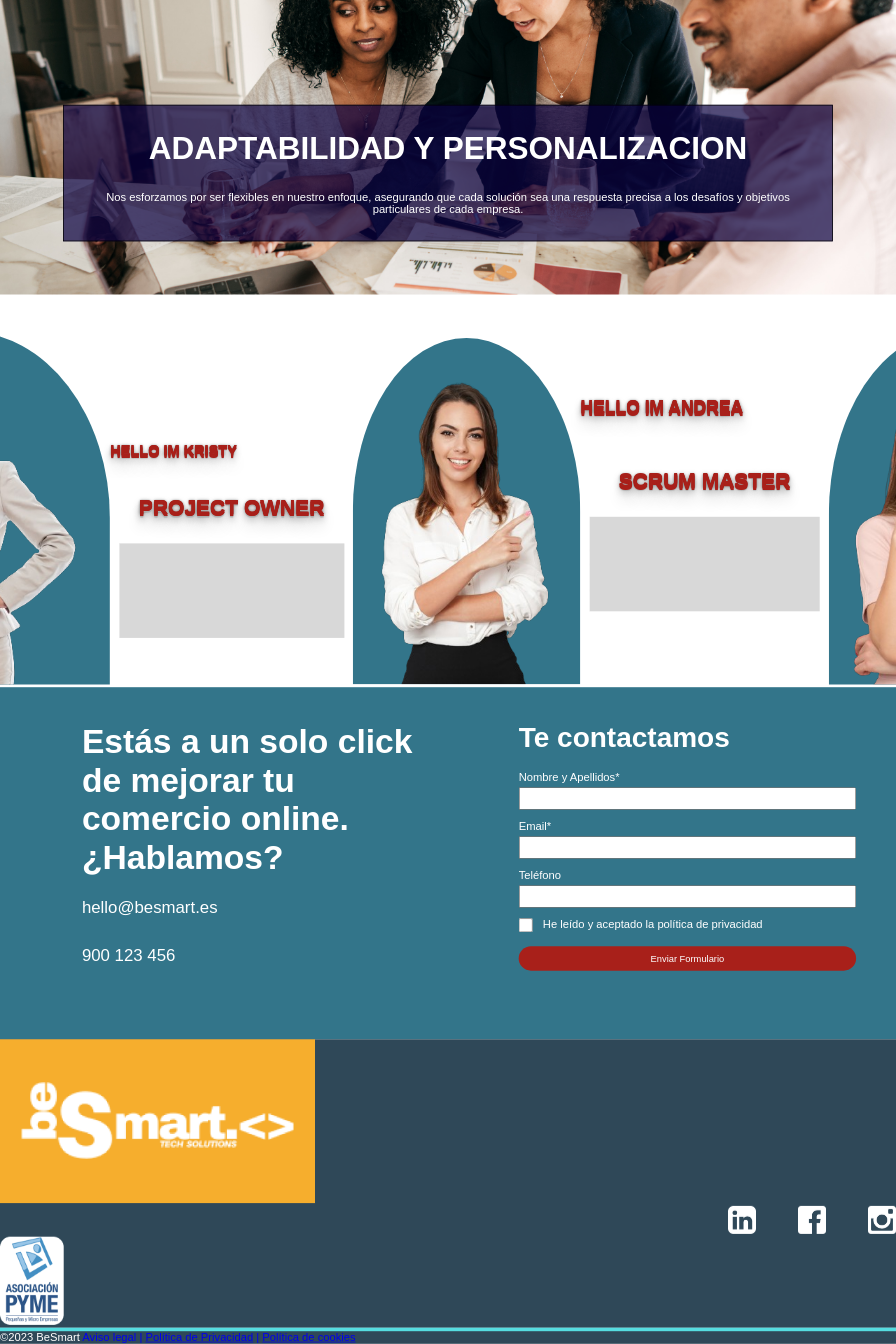
Repository: Andreamartinn17/Proyecto_3_BeSmart
Page: index.html
An editor plug-in stored every save of this project. The page is shown before and after a run of saves, followed by the edit.
The browser window is 1280 px wide. The pictures show the part of the page from y = 844 to 2764 px (the page is 2764 px tall), at 70% of full size.

Above is the page before, as saved 2023-12-18 21:06:53.

### index.html

<!DOCTYPE html>
<html lang="es">
<head>
    <!-- Configuración del documento -->
    <meta charset="UTF-8">
    <meta name="viewport" content="width=device-width, initial-scale=1.0">
    <link rel="stylesheet" type="text/css" href="index.css">
    <link rel="preconnect" href="https://fonts.googleapis.com">
    <link rel="preconnect" href="https://fonts.gstatic.com" crossorigin>
    <link href="https://fonts.googleapis.com/css2?family=Montserrat&display=swap" rel="stylesheet">
    <title>BeSmart</title>
     <!-- Inicio Nav header -->
     <!-- Enlace a la fuente de iconos Remix -->
     <link href="https://cdn.jsdelivr.net/npm/remixicon@2.5.0/fonts/remixicon.css" rel="stylesheet">
     <!-- Enlace al archivo de estilos CSS -->
     <link rel="stylesheet" href="./index.css">
 </head>
 <body>
      <div class="content-container">
     <!-- Encabezado (Header) -->
     <header class="header">
         <!-- Navegación principal -->
         <nav class="nav container">
             <!-- Logotipo e icono en la navegación -->
             <div class="nav__data">
                 <a href="#" class="nav__logo">
                     <i class="ri-code-s-slash-line"></i> <img src="./img header/smart-correcto.png" alt="icono" id="header-icono">
                 </a>
                 <!-- Botón de menú para dispositivos móviles -->
                 <div class="nav__toggle" id="nav-toggle">
                     <i class="ri-menu-line nav__toggle-menu"></i>
                     <i class="ri-close-line nav__toggle-close"></i>
                 </div>
             </div>

             <!-- Menú de navegación -->
             <div class="nav__menu" id="nav-menu">
                 <ul class="nav__list">
                     <!-- Elemento de menú vacío -->
                     <li>
                         <a href="#" class="nav__link"></a>
                     </li>
                     <!-- Desplegable 1 (Servicios) -->
                     <li class="dropdown__item">
                         <div class="nav__link dropdown__button">
                            Servicios <i class="ri-arrow-down-s-line dropdown__arrow"></i>
                         </div>
                         <div class="dropdown__container">
                             <div class="dropdown__content">
                                 <div class="dropdown__group">
                                     <!-- Icono y título del desplegable -->
                                     <div class="dropdown__icon">
                                         <i class="ri-flashlight-line"></i>
                                     </div>
                                     <span class="dropdown__title">Servicios</span>
                                     <!-- Lista de servicios -->
                                     <ul class="dropdown__list">
                                         <li>
                                             <a href="#" class="dropdown__link">Servicio 1</a>
                                         </li>
                                         <li>
                                             <a href="#" class="dropdown__link">Servicio 2</a>
                                         </li>
                                         <li>
                                             <a href="#" class="dropdown__link">Servicio 3</a>
                                         </li>
                                     </ul>
                                 </div>
                             </div>
                         </div>
                     </li>
                     <!-- Desplegable 2 (Equipo) -->
                     <li class="dropdown__item">
                         <div class="nav__link dropdown__button">
                             Equipo <i class="ri-arrow-down-s-line dropdown__arrow"></i>
                         </div>
                         <div class="dropdown__container">
                             <div class="dropdown__content">
                                 <div class="dropdown__group">
                                     <!-- Icono y título del desplegable -->
                                     <div class="dropdown__icon">
                                         <i class="ri-code-line"></i>
                                     </div>
                                     <span class="dropdown__title">Equipo</span>
                                     <!-- Lista de integrantes del equipo -->
                                     <ul class="dropdown__list">
                                         <li>
                                             <a href="#" class="dropdown__link">Integrante 1</a>
                                         </li>
                                         <li>
                                             <a href="#" class="dropdown__link">Integrante 2.</a>
                                         </li>
                                         <li>
                                             <a href="#" class="dropdown__link">Integrante 3</a>
                                         </li>
                                     </ul>
                                 </div>
                             </div>
                         </div>
                     </li>

                     <!-- Elementos de menú adicionales -->
                     <li>
                         <a href="#" class="nav__link">Nosotros</a>
                     </li>
                     <li>
                         <a href="#" class="nav__link">Presupuesto</a>
                     </li>
                     <li>
                         <a href="#" class="boton-contacto"><h6>Contacto</h6></a>
                     </li>
                     <!-- Contenedor de elementos adicionales (países) -->
                     <nav class="fondo-paises">
                         <ul>
                             <li><a href="#"><img src="./img header/Bandera_de_España_(sin_escudo).svg.png" alt="" id="bandera-principal"></a>
                                 <ul>
                                     <li><a href="#"><img src="./img header/italia.png" alt="" id="tamaño-paises"></a></li>
                                     <li><a href="#"><img src="./img header/portugal.png" alt="" id="tamaño-paises"></a></li>
                                     <li><a href="#"><img src="./img header/402-4025501_icono-bandera-alemania-png-clipart.png" alt="" id="tamaño-paises"></a></li>
                                 </ul>
                             </li>
                         </ul>
                     </nav>
                 </ul>
             </div>
         </nav>
     </header>
     <!--  Fin Nav header -->

     <!-- Script de JavaScript -->
     <script src="./js.js"></script>
    <section class="main-with-video">
    <video autoplay muted loop class="video_main">
        <source src="imagenes/vídeo_main.mp4" type="video/mp4">
    </video>
    <section class="flexbox-container">
        <div class="logo-in-main">
            <img src="imagenes/logo_mini_yellow2.png" alt="logo be smart">
        </div>
         <div class="h_1">
            SOLUCIONES TECNOLÓGICAS
        </div>
        <div class="h_2">
            Tu negocio local a grande escala.
        </div>
        <div class="contacta_button">
            <button class="button-main-with-video">Contacta con nosotros ></button>
        </div>
       </section>

         <!--SECTION SLIDERS-->
  <h2 class="titulo">NUESTROS VALORES</h2>
  <div class="slider-box">

  <ul>
  <li>
    <img src="imagenes/compromiso.png" alt="">
    <div class="content-valueslider">
      <h2>COMPROMISO CON LA COMUNIDAD LOCAL</h2>
      <p>
        Buscamos fortalecer la red empresarial local mediante la creación de lazos sólidos, apoyando eventos y actividades comunitarias, y contribuyendo al progreso tecnológico que beneficie a todos.
      </p>
    </div>
  </li>
  <li>
    <img src="imagenes/personalizado.png" alt="">
    <div class="content-valueslider">
      <h2>ADAPTABILIDAD Y PERSONALIZACION</h2>
      <p>
        Nos esforzamos por ser flexibles en nuestro enfoque, asegurando que cada solución sea una respuesta precisa a los desafíos y objetivos particulares de cada empresa.
      </p>
    </div>
  </li>
  <li>
    <img src="imagenes/educacion2.png" alt="">
    <div class="content-valueslider">
      <h2>EDUCACION Y TRANSPARENCIA</h2>
      <p>
        Nos comprometemos a educar y capacitar a nuestros clientes locales, proporcionando información clara y transparente sobre nuestras soluciones y procesos.
      </p>
    </div>
  </li>
  <li>
    <img src="imagenes/educacion2.png" alt="">
    <div class="content-valueslider">
      <h2>EDUCACION Y TRANSPARENCIA</h2>
      <p>
        Nos comprometemos a educar y capacitar a nuestros clientes locales, proporcionando información clara y transparente sobre nuestras soluciones y procesos.
      </p>
    </div>
  </li>
  </ul>
  </div>
    <!--SECTION SLIDERS/-->
       <!-- TEAM SECTION-->
    <main class="sliderteam">
        <section class="team">
        <!--Background class-->
            <script>
                // Función para realizar un scroll automático
                function autoScroll() {
                    const teamContainer = document.querySelector('.team');
                    const scrollAmount = 50; // Ajusta la velocidad del scroll según sea necesario

                    // Mueve el scroll horizontalmente
                    teamContainer.scrollLeft += scrollAmount;

                    // Si alcanza el final, reinicia al principio
                    if (teamContainer.scrollLeft >= teamContainer.scrollWidth - teamContainer.clientWidth) {
                        teamContainer.scrollLeft = 0;
                    }
                }
                // Configura un intervalo para llamar a la función de scroll automático
                setInterval(autoScroll, 1000); // Ajusta el intervalo según sea necesario (en milisegundos)
            </script>
            <!--proyectowner-->
            <article class="content">
            <div class="flex">
                <img class="teampicture" src="./img_team/projectowner.png" alt="imagen project owner en el cual aparece mujer de 20 años con traje de pantalon y mericana blanca">
            <div class="content1">
                <aside class="profession">
                    <div class="heyim">
                        <h1>HELLO IM KRISTY</h1>
                  </div>
                   <h2>PROJECT OWNER</h2>
                </aside>
                <aside class="descriptionright">
                    <p><span>
                Imagina que soy el chef de un restaurante, pero en lugar de crear platillos, diseño experiencias digitales que harán que los usuarios se chupen los dedos. Mi día a día implica equilibrar las necesidades del cliente con la visión del equipo de desarrollo.
                ¡Es como jugar al tetris con requisitos y funcionalidades!
                    </span></p>
                </aside>
            </div>
            </div>
            </article>
        <!--Scrum master-->
            <article class="content">

            <div class="flex">
                <img class="teampicture" src="./img_team/scrummaster.png" alt="imagen project owner en el cual aparece mujer de 20 años con traje de pantalon y mericana blanca">
            <div class="content1">
                    <div class="heyim">
                           <h1>HELLO IM ANDREA</h1>
                     </div>
                    <aside class="profession">
                   <h2>SCRUM MASTER</h2>
                </aside>
                <aside class="descriptionright">
                    <p><span>
                Imagina que soy el chef de un restaurante, pero en lugar de crear platillos, diseño experiencias digitales que harán que los usuarios se chupen los dedos. Mi día a día implica equilibrar las necesidades del cliente con la visión del equipo de desarrollo.
                ¡Es como jugar al tetris con requisitos y funcionalidades!
                    </span></p>
                </aside>
            </div>
            </div>
            </article>
            <!--Diseñador gráfico-->
            <article class="content">

            <div class="flex">
                <img class="teampicture" src="./img_team/diseñográfico.png" alt="imagen project owner en el cual aparece mujer de 20 años con traje de pantalon y mericana blanca">
            <div class="content1">
                <div class="heyim">
                           <h1>HELLO IM ANTONIA</h1>
                </div>
                <aside class="profession">
                   <h2>DISEÑADORA GRÁFICA</h2>
                </aside>
                <aside class="descriptionright">
                    <p><span>
                Imagina que soy el chef de un restaurante, pero en lugar de crear platillos, diseño experiencias digitales que harán que los usuarios se chupen los dedos. Mi día a día implica equilibrar las necesidades del cliente con la visión del equipo de desarrollo.
                ¡Es como jugar al tetris con requisitos y funcionalidades!
                    </span></p>
                </aside>
            </div>
            </div>
            </article>
            <!--Desarrollador web FROND END-->
                    <article class="content">
            <div class="flex">
                <img class="teampicture" class="teampicture" src="./img_team/frondend.png" alt="imagen project owner en el cual aparece mujer de 20 años con traje de pantalon y mericana blanca">
            <div class="content1">
                <div class="heyim">
                    <h1>HELLO IM BEA</h1>
                </div>
            <aside class="profession">
                   <h2>DESARROLLADORA FRONDEND</h2>
                </aside>
                <aside class="descriptionright">
                    <p><span>
                Imagina que soy el chef de un restaurante, pero en lugar de crear platillos, diseño experiencias digitales que harán que los usuarios se chupen los dedos. Mi día a día implica equilibrar las necesidades del cliente con la visión del equipo de desarrollo.
                ¡Es como jugar al tetris con requisitos y funcionalidades!
                    </span></p>
                </aside>
            </div>
            </div>
            </article>
            <!--dESARROLLADORA BACK END-->
            <article class="content">

            <div class="flex">
                <img class="teampicture" src="./img_team/backend.png" alt="imagen project owner en el cual aparece mujer de 20 años con traje de pantalon y mericana blanca">
            <div class="content1">
                  <div class="heyim">
                           <h1>HELLO IM TRIANA</h1>
                  </div>
                <aside class="profession">
                   <h2>DESARROLLADORA BACKEND</h2>
                </aside>
                <aside class="descriptionright">
                    <p><span>
                Imagina que soy el chef de un restaurante, pero en lugar de crear platillos, diseño experiencias digitales que harán que los usuarios se chupen los dedos. Mi día a día implica equilibrar las necesidades del cliente con la visión del equipo de desarrollo.
                ¡Es como jugar al tetris con requisitos y funcionalidades!.
                    </span></p>
                </aside>
            </div>
            </div>
            </article>
        </section>
    </main>
    <!-- FOOTER-->
    <footer class="footer-general">
        <section class="first-footer">
            <div class="contact-footer">
                <h3 class="h3-hablamos">Estás a un solo click de mejorar tu comercio online. ¿Hablamos?</h3>
                <p class="email-footer">hello@besmart.es</p>
                <p class="phone-footer">900 123 456</p>
            </div>
            <div class="form-footer">
                <h4 class="form-tittle">Te contactamos</h4>
                <form action="/procesar_formulario" method="post">
                    <!-- Campo Nombre y Apellidos -->
                    <label class="label-footer" for="nombre_apellidos">Nombre y Apellidos*</label>

                    <input class="input-form" type="text" id="nombre_apellidos" name="nombre_apellidos" required>

                    <!-- Campo Email -->
                    <label class="label-footer" for="email">Email*</label>

                    <input class="input-form" type="email" id="email" name="email" required>

                    <!-- Campo Teléfono -->
                    <label class="label-footer" for="telefono">Teléfono</label>

                    <input class="input-form" type="tel" id="telefono" name="telefono" required>

                    <label class="label-footer">
                    <input class="checkbox-form" type="checkbox" id="aceptar_terminos" name="aceptar_terminos">
                    He leído y aceptado la política de privacidad
                    </label>
                    <button type="submit-form" class="btn-form-footer">Enviar Formulario</button>
                </form>

            </div>
        </section>
        <section class="second-footer">
            <div class="logo-footer">
                <img class="img-logo-footer" src="Images footer/be_smart_yellow_2.png" alt="logo" width=""/>
            </div>
            <div class="rrss-footer">
                <a href="https://www.linkedin.com/">
                <img class="images-rrss" src="Images footer/LinkedIn's-Logo.png" alt="linkedin" width="40">
                </a>
                <a href="https://www.facebook.com/?locale=es_ES">
                <img class="images-rrss" src="Images footer/Facebook's-Logo.png" alt="facebook" width="40">
                </a>
                <a href="https://www.instagram.com/">
                <img class="images-rrss" src="Images footer/Instagram's-Logo.png" alt="instagram" width="40">
                </a>
            </div>
            <div class="pymes-footer">
                <img class="pymes-image" src="Images footer/pyme-logo.png" alt="pyme" width="">
            </div>
        </section>
        <section class="final-footer">
            <div class="copy-footer">
                ©2023 BeSmart
                    <a href="#">Aviso legal</u> | <u>Política de Privacidad</u> | <u>Política de cookies</u>
            </div>
        </section>
    </footer>
</body>
</html>

Loaded but not shown: js.js (64 lines, source omitted); index.css (1101 lines, source omitted)

After the next 2 saves:
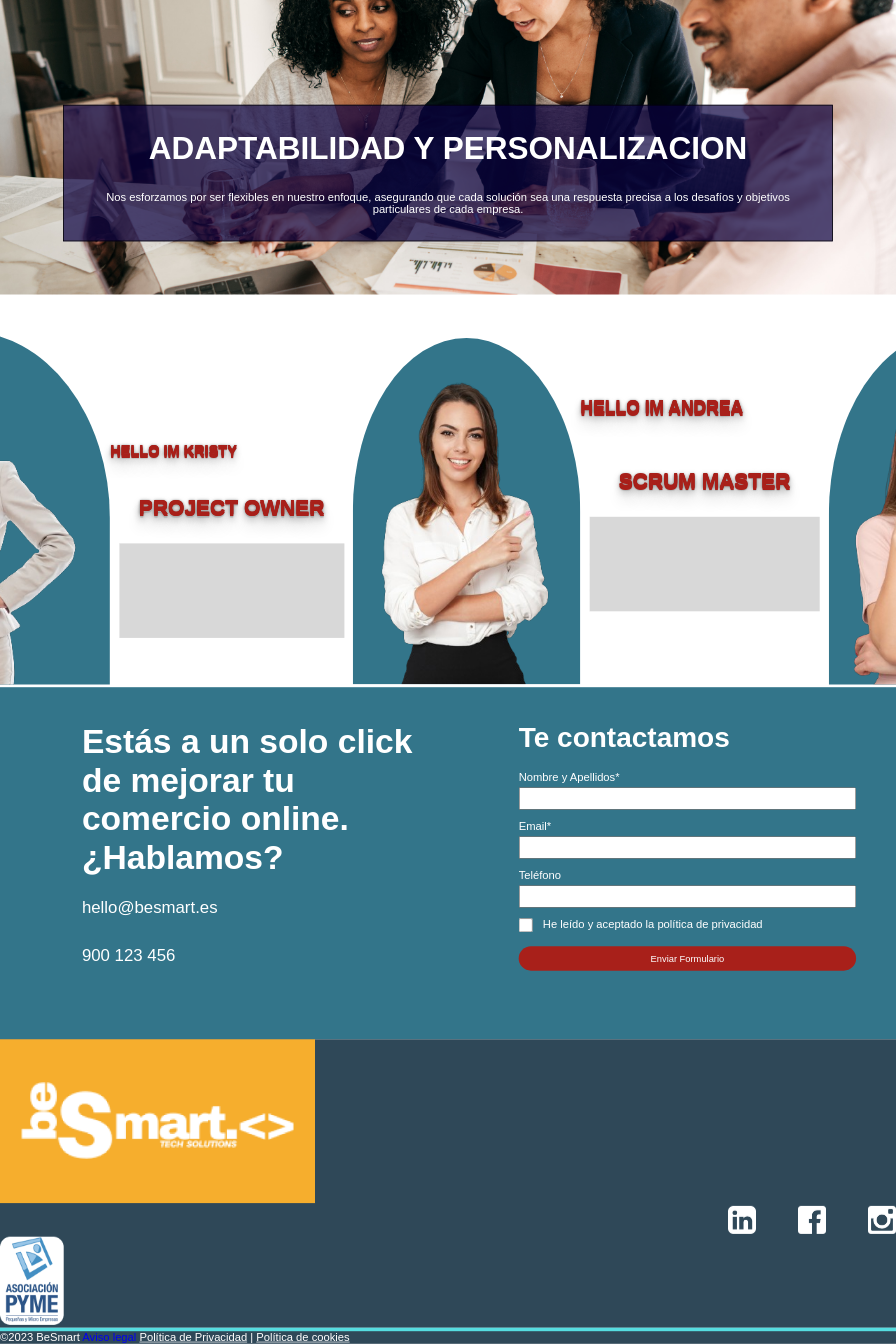
The 2 saves are shown as one change because they came seconds apart.
The last was saved 12 s later.
--- a/index.html
+++ b/index.html
@@ -376,7 +376,8 @@
         <section class="final-footer">
             <div class="copy-footer">
                 ©2023 BeSmart
-                    <a href="#">Aviso legal</u> | <u>Política de Privacidad</u> | <u>Política de cookies</u>
+                    <a href="#">Aviso legal</a>
+                    <u>Política de Privacidad</u> | <u>Política de cookies</u>
             </div>
         </section>
     </footer>
